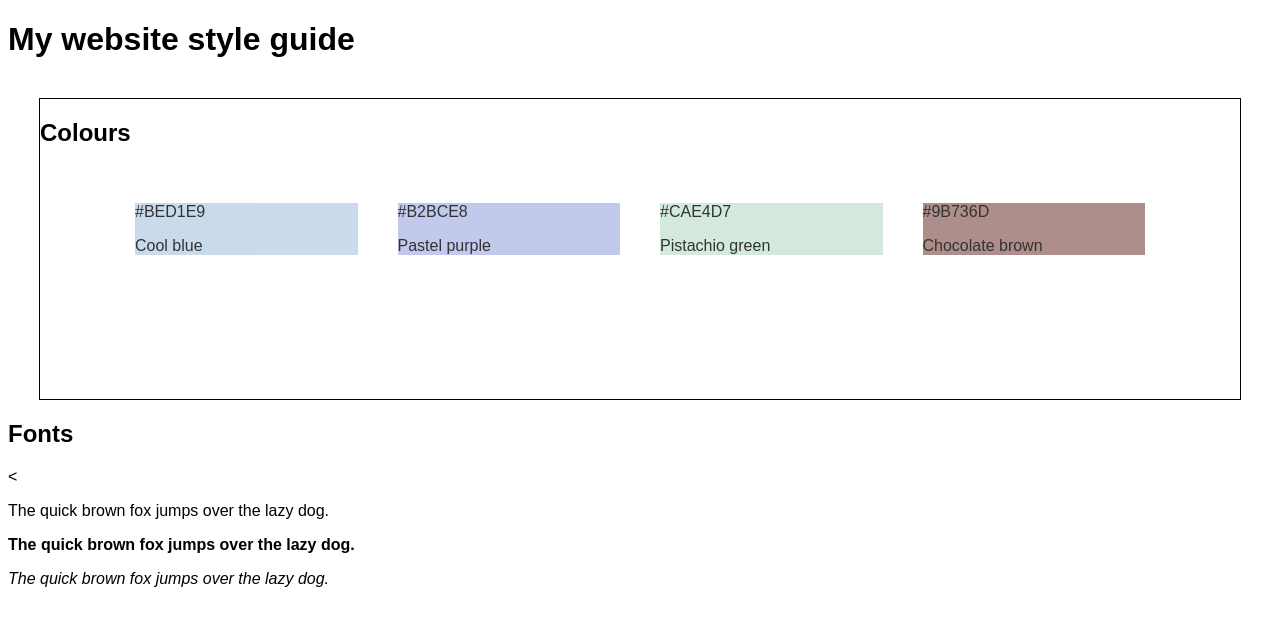
Repository: nazaninrizvi/codecademy
Page: Javascript/website-design-system/index.html
These files come from the project's save history. The page is drawn as it stood at one moment and after a run of saves; the edit follows.
The browser window is 1280 px wide. The pictures show the whole page.

Above is the page before, as saved 2021-11-26 16:11:16.

### Javascript/website-design-system/index.html
<!DOCTYPE html>
<html>
    <head>
        <title>My website style guide</title>
        <link rel="stylesheet" href="styles.css" type="text/css" />
    </head>
    <body>
        <h1>My website style guide</h1>
        <div id="colors">
            <div class="colors-container">
                <h2>Colours</h2>
                <div class="colcontainer">
                    <div class="cols"><div id="coolblue">
                        <p>#BED1E9</p>
                        <p>Cool blue</p>
                    </div></div>

                    <div class="cols"><div id="pastelPurple">
                        <p>#B2BCE8</p>
                        <p>Pastel purple</p>
                    </div></div>

                    <div class="cols"><div id="pistachio">
                        <p>#CAE4D7</p>
                        <p>Pistachio green</p>
                    </div></div>

                    <div class="cols"><div id="brown">
                        <p>#9B736D</p>
                        <p>Chocolate brown</p>
                    </div></div>
                </div>
            </div>
        </div>
        <div id="fonts">
           <h2>Fonts</h2>
           <div class="fontcontainer">
               <div class='font' id="montserrat">
                   <
                <p>The quick brown fox jumps over the lazy dog.</p>
                <p><b>The quick brown fox jumps over the lazy dog.</b></p>
                <p><i>The quick brown fox jumps over the lazy dog.</i></p>                </i></p>
            </div>
           </div>
        </div>
    </body>
</html>

### Javascript/website-design-system/styles.css
*{
    font-family: 'Montserrat', sans-serif;
}

.colors-container{
    height: 300px;
    max-width: 1200px;
    margin: 40px auto auto auto;
    border: 1px solid black;
  }

  .colcontainer{
    max-width: 1050px;
    margin: 15px auto auto auto;
    display: flex;
    justify-content: space-between;
  }

  .cols{
    height: 300px;
    padding: 20px;
    margin-bottom: auto;
    flex-basis: 30%;
    box-sizing: border-box;
    opacity: 0.8;
  }

#coolblue{
    background-color: #bed1e9;
  }

#pastelPurple{
    background-color: #B2BCE8;
}

#pistachio{
    background-color: #CAE4D7;
}

#brown{
    background-color: #9B736D;
}

After the next 9 saves:
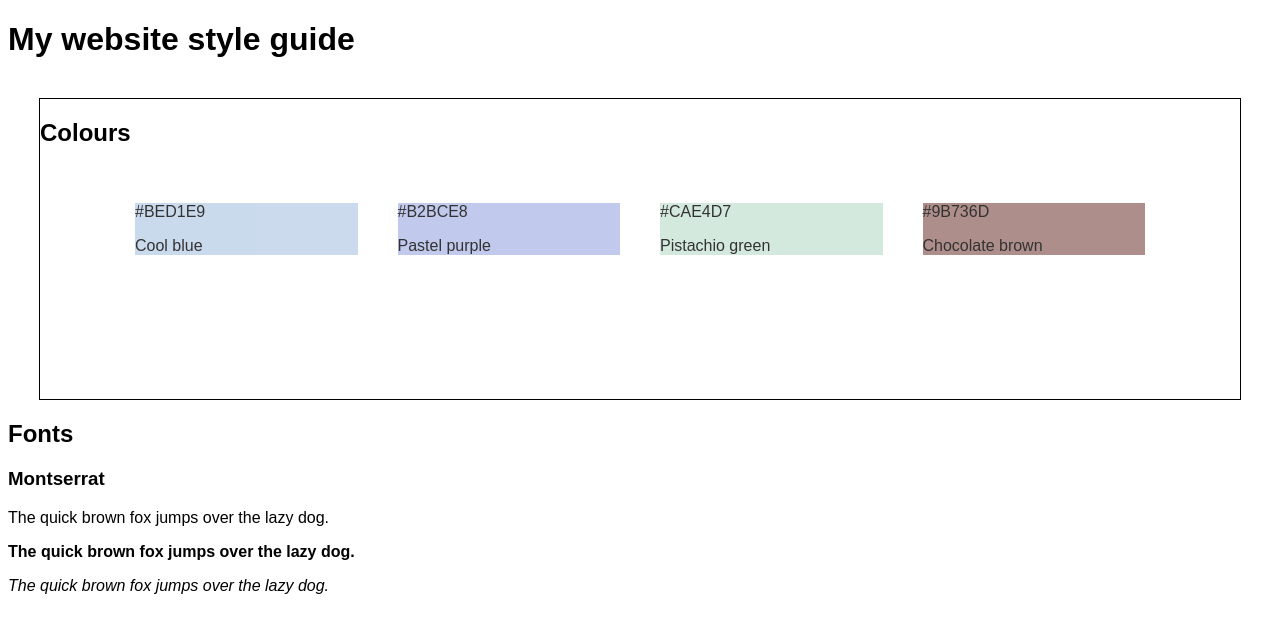
The 9 saves are shown as one change because they came seconds apart.
The last was saved 93 s later.
--- a/Javascript/website-design-system/index.html
+++ b/Javascript/website-design-system/index.html
@@ -36,7 +36,7 @@
            <h2>Fonts</h2>
            <div class="fontcontainer">
                <div class='font' id="montserrat">
-                   <
+                   <h3>Montserrat</h3>
                 <p>The quick brown fox jumps over the lazy dog.</p>
                 <p><b>The quick brown fox jumps over the lazy dog.</b></p>
                 <p><i>The quick brown fox jumps over the lazy dog.</i></p>                </i></p>
